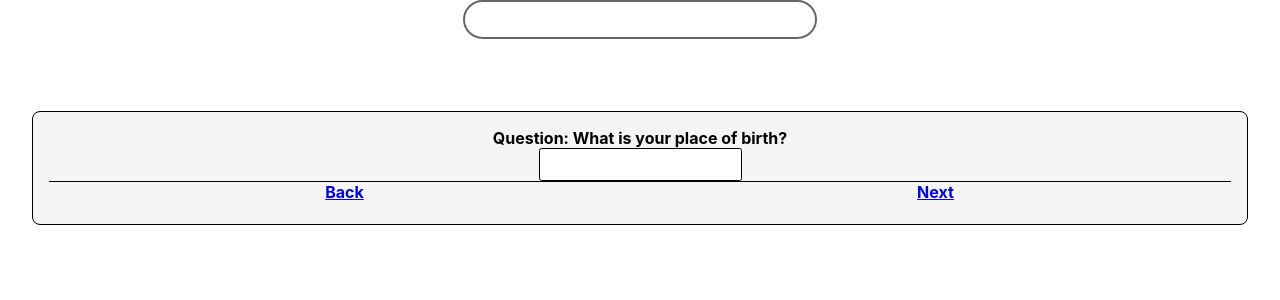
Repository: TheRungtaLibrary/survey
Page: /steps/2
These files come from the project's save history. The page is drawn as it stood at one moment and after the next save; the edit follows.
The browser window is 1280 px wide. The pictures show the whole page.
The project was rebuilt for these pictures with package versions that can differ from the ones it lists, and the page was loaded fresh each time. Also part of the build but not shown: src/App.css, src/components/Steps/Intro/Intro.js, src/components/Steps/Step1/Step1.js, src/components/Steps/Step3/Step3.js, src/components/Steps/Step4/Step4.js, src/components/Steps/Summary/Summary.scss, src/components/Steps/Summary/Summary.js.

Above is the page before, as saved 2020-03-19 18:05:38.

After the next save:
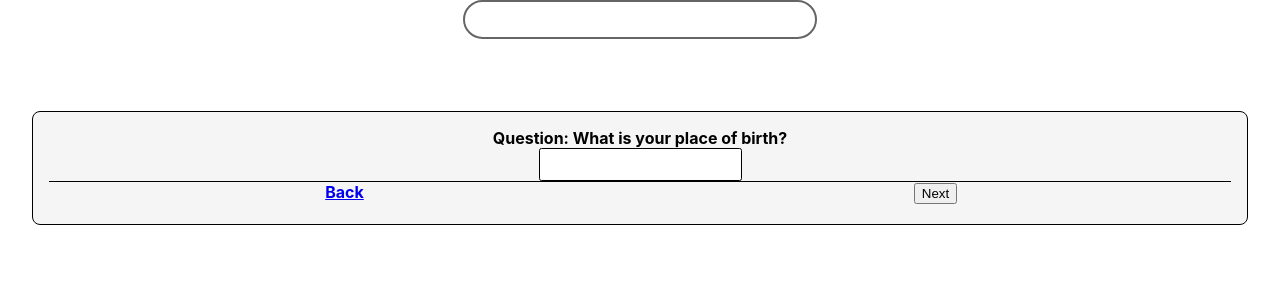
Saved 18 s later.
--- a/src/components/Steps/Step2/Step2.js
+++ b/src/components/Steps/Step2/Step2.js
@@ -35,7 +35,8 @@ const Step2 = () => {
           <Link to="/steps/1" onClick={onPrev}>Back</Link>
           </div>
           <div>
-            <Link to="/steps/3" onClick={onSubmit}>Next</Link>
+            {/* <Link to="/steps/3" onClick={onSubmit}>Next</Link> */}
+            <button onClick={onSubmit}>Next</button>
           </div>
         </div>
       </form>
